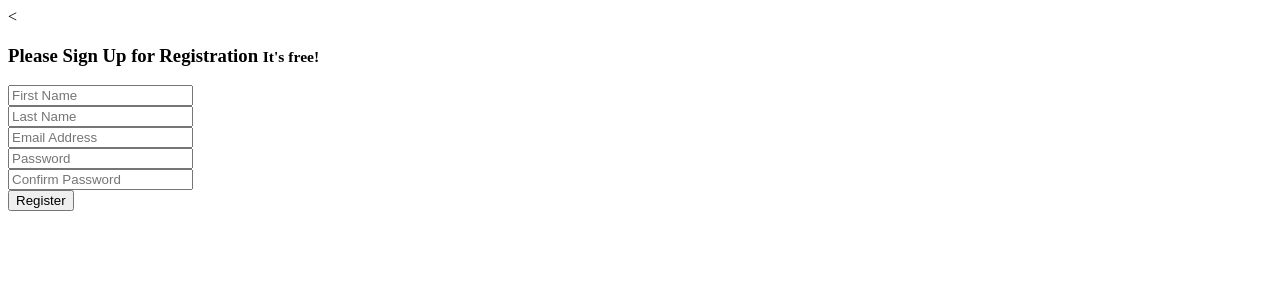
Repository: Abinayasivapraba/ChatProject
Page: FireChat/WebContent/User/Register.html
These files come from the project's save history. The page is drawn as it stood at one moment and after the next save; the edit follows.
The browser window is 1280 px wide. The pictures show the whole page.

Above is the page before, as saved 2017-08-12 05:10:53.

After the next save:
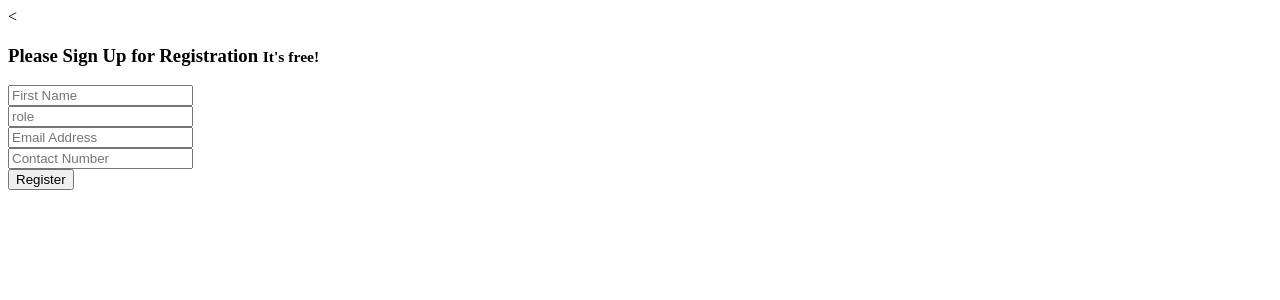
Saved 2 min 23 s later.
--- a/FireChat/WebContent/User/Register.html
+++ b/FireChat/WebContent/User/Register.html
@@ -22,7 +22,7 @@
 			    				</div>
 			    				<div class="col-xs-6 col-sm-6 col-md-6">
 			    					<div class="form-group">
-			    						<input type="text" name="last_name" id="last_name" class="form-control input-sm" placeholder="Last Name">
+			    						<input type="text" name="role" id="role" class="form-control input-sm" placeholder="role">
 			    					</div>
 			    				</div>
 			    			</div>
@@ -31,18 +31,11 @@
 			    				<input type="email" name="email" id="email" class="form-control input-sm" placeholder="Email Address">
 			    			</div>
 
-			    			<div class="row">
-			    				<div class="col-xs-6 col-sm-6 col-md-6">
-			    					<div class="form-group">
-			    						<input type="password" name="password" id="password" class="form-control input-sm" placeholder="Password">
-			    					</div>
-			    				</div>
-			    				<div class="col-xs-6 col-sm-6 col-md-6">
-			    					<div class="form-group">
-			    						<input type="password" name="password_confirmation" id="password_confirmation" class="form-control input-sm" placeholder="Confirm Password">
-			    					</div>
-			    				</div>
+			    			<div class="form-group">
+			    				<input type="text" name="contact" id="contact" class="form-control input-sm" placeholder="Contact Number">
 			    			</div>
+
+
 
 			    			<input type="submit" value="Register" class="btn btn-info btn-block">
 
